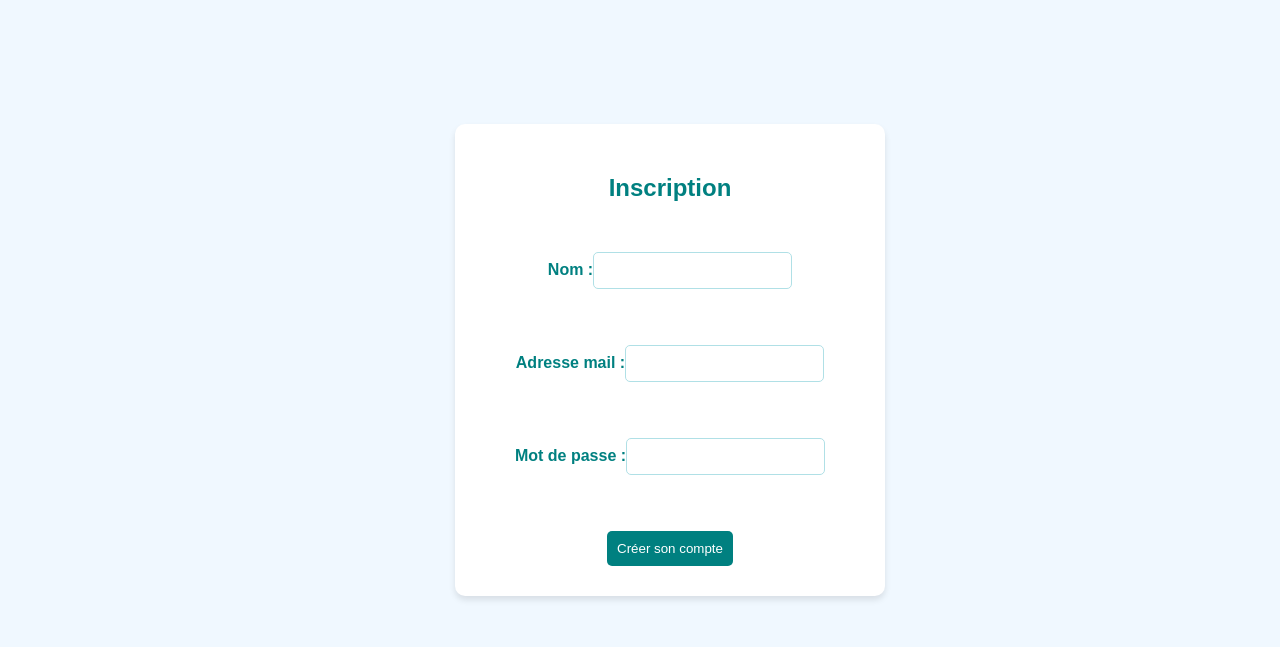
Repository: marwaouahouah1/OdysseyOfMemories
Page: /SignUpUser (app in frontend/)
These files come from the project's save history. The page is drawn as it stood at one moment and after the next save; the edit follows.
The browser window is 1280 px wide. The pictures show the whole page.
The project was rebuilt for these pictures with package versions that can differ from the ones it lists, and the page was loaded fresh each time. Also part of the build but not shown: frontend/src/Connexion/Login.js, frontend/src/App.js, frontend/src/Profile/Profile.js.

Above is the page before, as saved 2023-04-01 17:41:30.

After the next save:
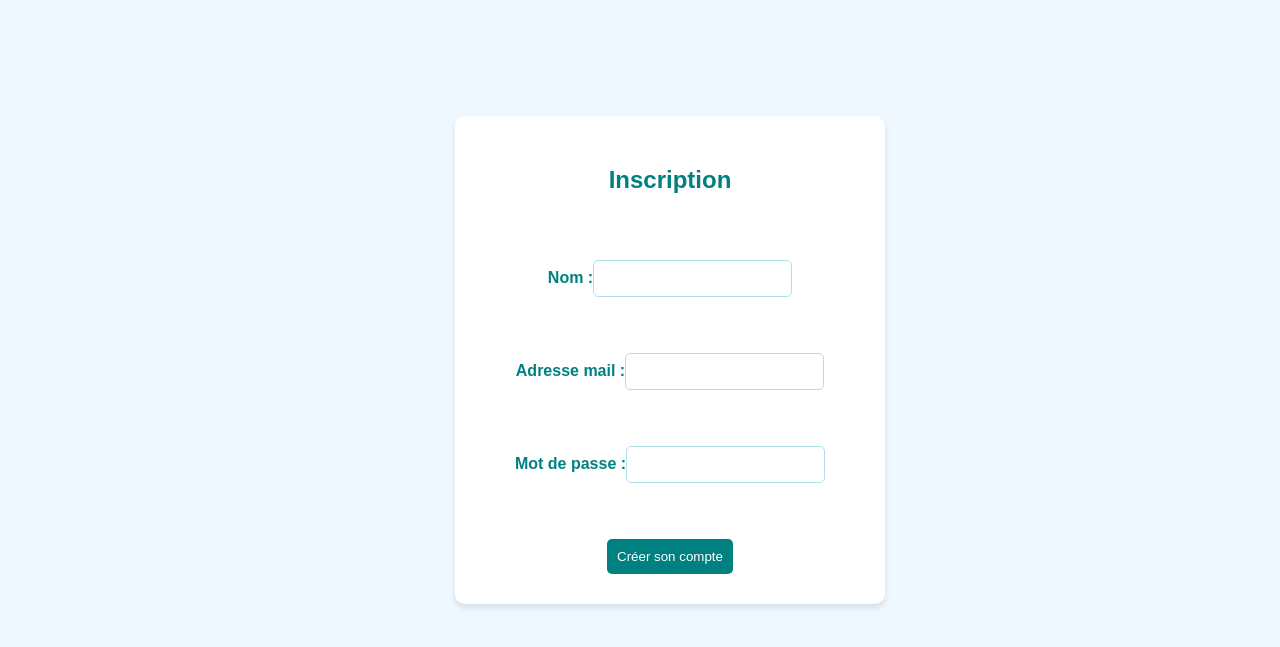
Saved 13 s later.
--- a/frontend/src/SignUp/SignUpUser.js
+++ b/frontend/src/SignUp/SignUpUser.js
@@ -34,7 +34,7 @@ function SignUpUser() {
 
     <form onSubmit={handleSubmit}>
       <label>
-        Nom :
+        <p></p>Nom :
         <input
           type="text"
           value={name}
